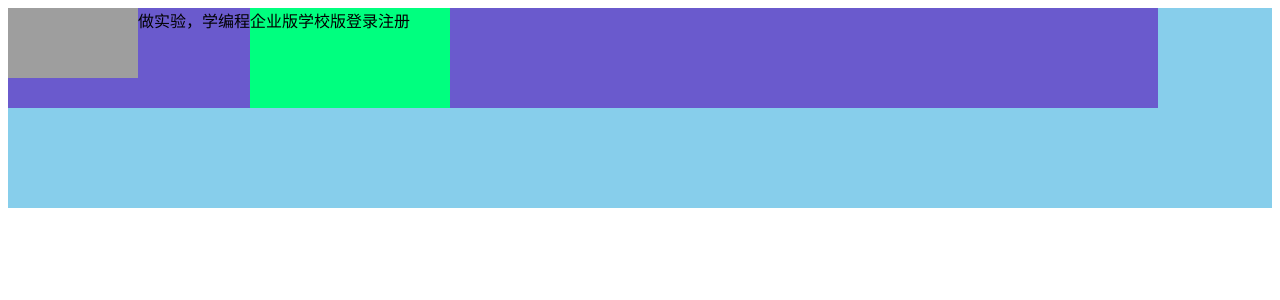
Repository: wuguozheng/xxbb
Page: /
An editor plug-in stored every save of this project. The page is shown before and after the next save, followed by the edit.
The browser window is 1280 px wide. The pictures show the whole page.
Pictures or frames that could not be fetched are drawn as grey boxes. The project was rebuilt for these pictures with package versions that can differ from the ones it lists, and the page was loaded fresh each time.

Above is the page before, as saved 2020-06-01 11:52:32.

After the next save:
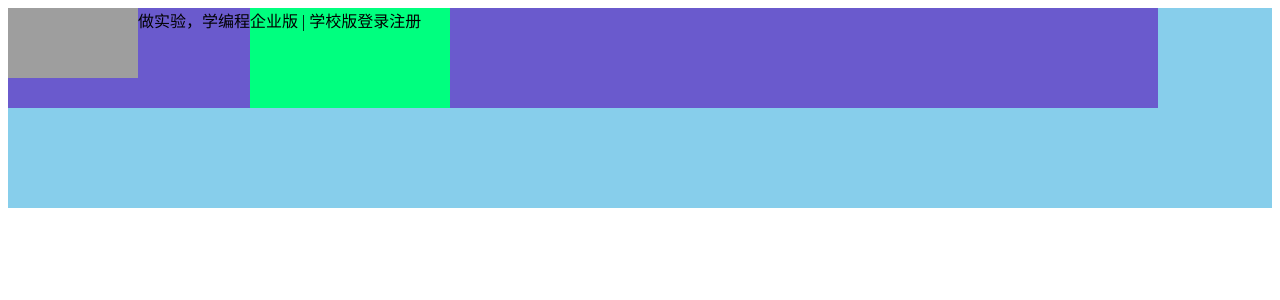
Saved 64 s later.
--- a/src/components/home/Mxs1.vue
+++ b/src/components/home/Mxs1.vue
@@ -5,9 +5,7 @@
        <img data-v-7629dae3="" src="https://static.shiyanlou.com/frontend/dist/img/9f43b00.svg" alt="实验楼" width="130" height="70">
        <div>做实验，学编程</div>
        <div class="rap-2">
-         <div>企业版</div>
-         <div class="tomi"></div>
-         <div>学校版</div>
+         <div>企业版 | 学校版</div>
          <div>登录</div>
          <div class="">注册</div>
        </div>
